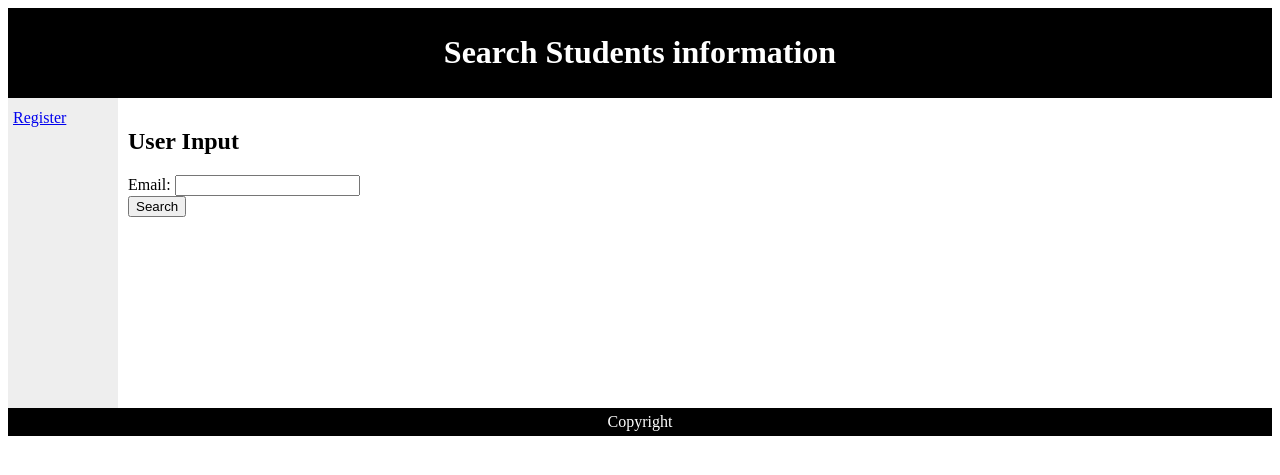
Repository: dreamxia329/TechExercise4830
Page: T3-0325-xia/T3-webProject-Xia/WebContent/login.html
The author's editor kept a copy of each file at every save. The page is drawn from the files as they stood at one save, then again after the next save.
The browser window is 1280 px wide. The pictures show the whole page.

Above is the page before, as saved 2022-03-30 04:16:53.

### T3-0325-xia/T3-webProject-Xia/WebContent/login.html
<html>
<head>
<style>
header {
	background-color: black;
	color: white;
	text-align: center;
	padding: 5px;
}

nav {
	line-height: 30px;
	background-color: #eeeeee;
	height: 300px;
	width: 100px;
	float: left;
	padding: 5px;
}

section {
	width: 350px;
	float: left;
	padding: 10px;
}

footer {
	background-color: black;
	color: white;
	clear: both;
	text-align: center;
	padding: 5px;
}
</style>
</head>

<body>
	<header>
		<h1>Search Students information</h1>
	</header>

	<nav>
		<a href="/T3-webProject-Xia/RegisterServlet.html">Register</a> <br>
	</nav>

	<section>
		<h1>User Input</h1>

		<form action="SearchServlet" method="POST">

			Email: <input type="text" name="keyword"> <br /> <input
				type="submit" value="Search" />
		</form>

	</section>

	<footer> Copyright </footer>
</body>
</html>

After the next save:
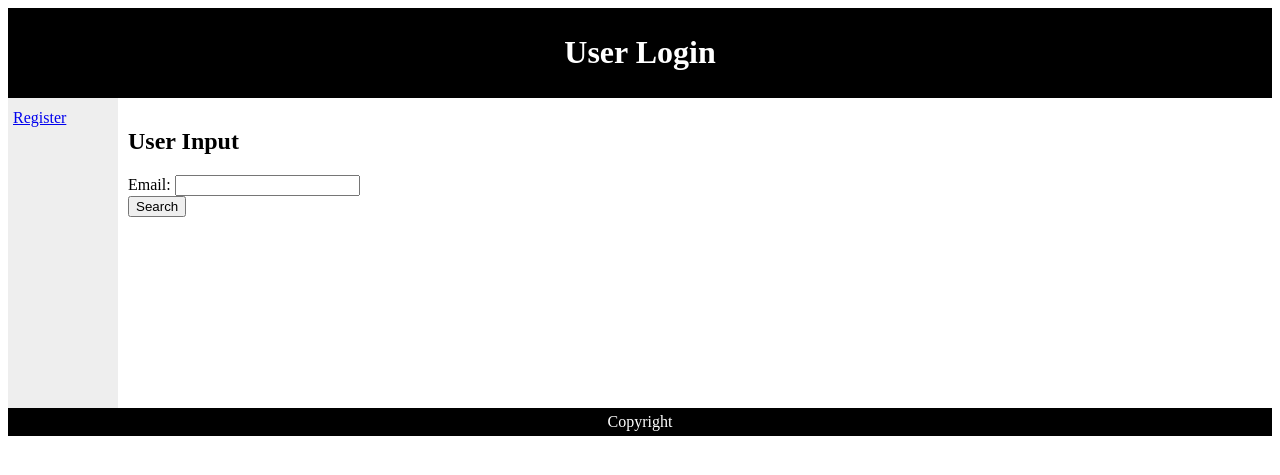
Saved 116 s later.
--- a/T3-0325-xia/T3-webProject-Xia/WebContent/login.html
+++ b/T3-0325-xia/T3-webProject-Xia/WebContent/login.html
@@ -35,7 +35,7 @@ footer {
 
 <body>
 	<header>
-		<h1>Search Students information</h1>
+		<h1>User Login</h1>
 	</header>
 
 	<nav>
